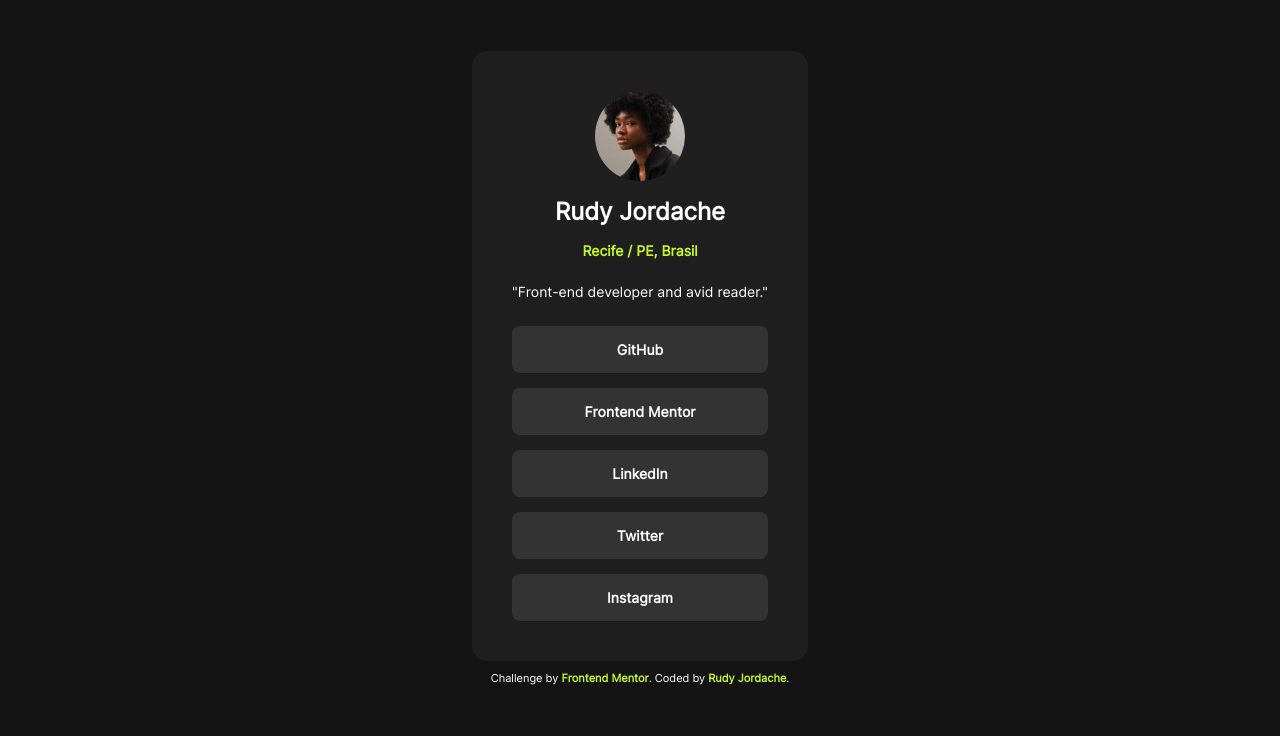
Repository: RudyJ/social-links-profile
Page: index.html
An editor plug-in stored every save of this project. The page is shown before and after the next save, followed by the edit.
The browser window is 1280 px wide. The pictures show the whole page.

Above is the page before, as saved 2024-04-02 20:21:35.

After the next save:
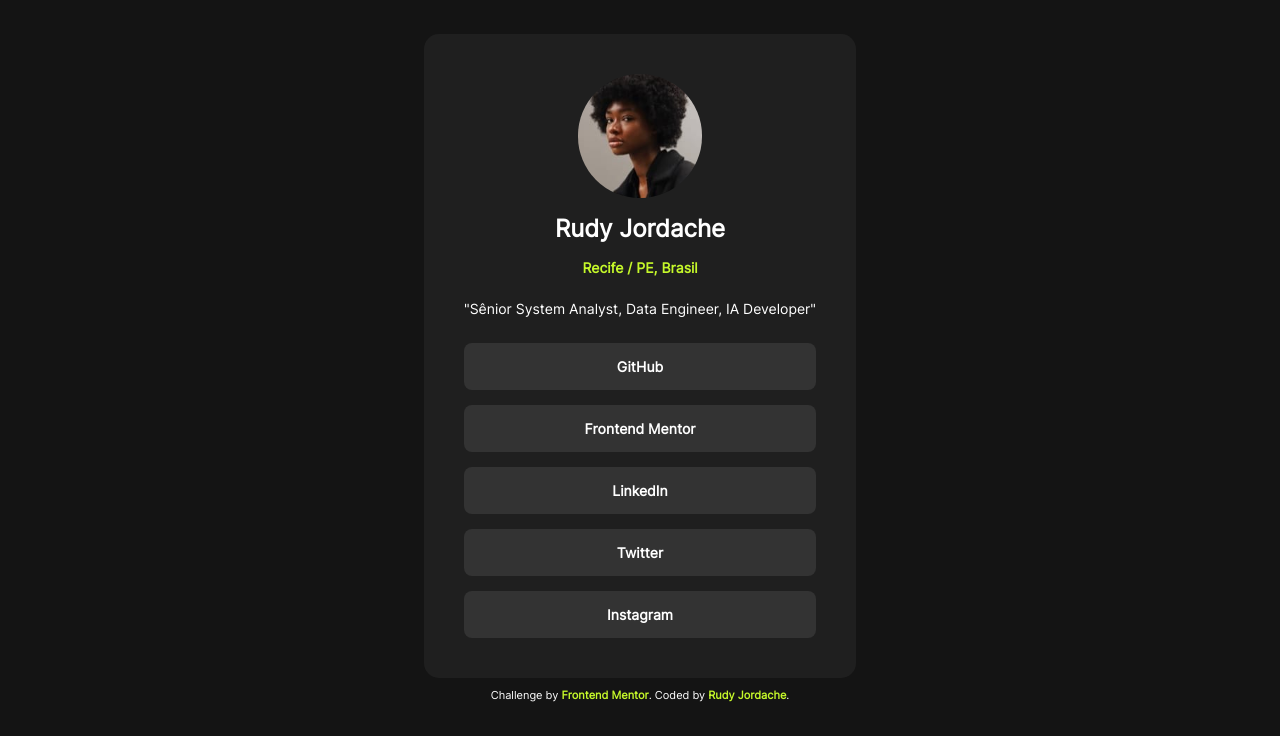
Saved 118 s later.
--- a/index.html
+++ b/index.html
@@ -18,7 +18,7 @@
       </div>
       <h1>Rudy Jordache</h1>
       <h2>Recife / PE, Brasil</h2>
-      <p>"Front-end developer and avid reader."</p>
+      <p>"Sênior System Analyst, Data Engineer, IA Developer"</p>
       <ul>
         <li>
           <a href="#">GitHub</a>
